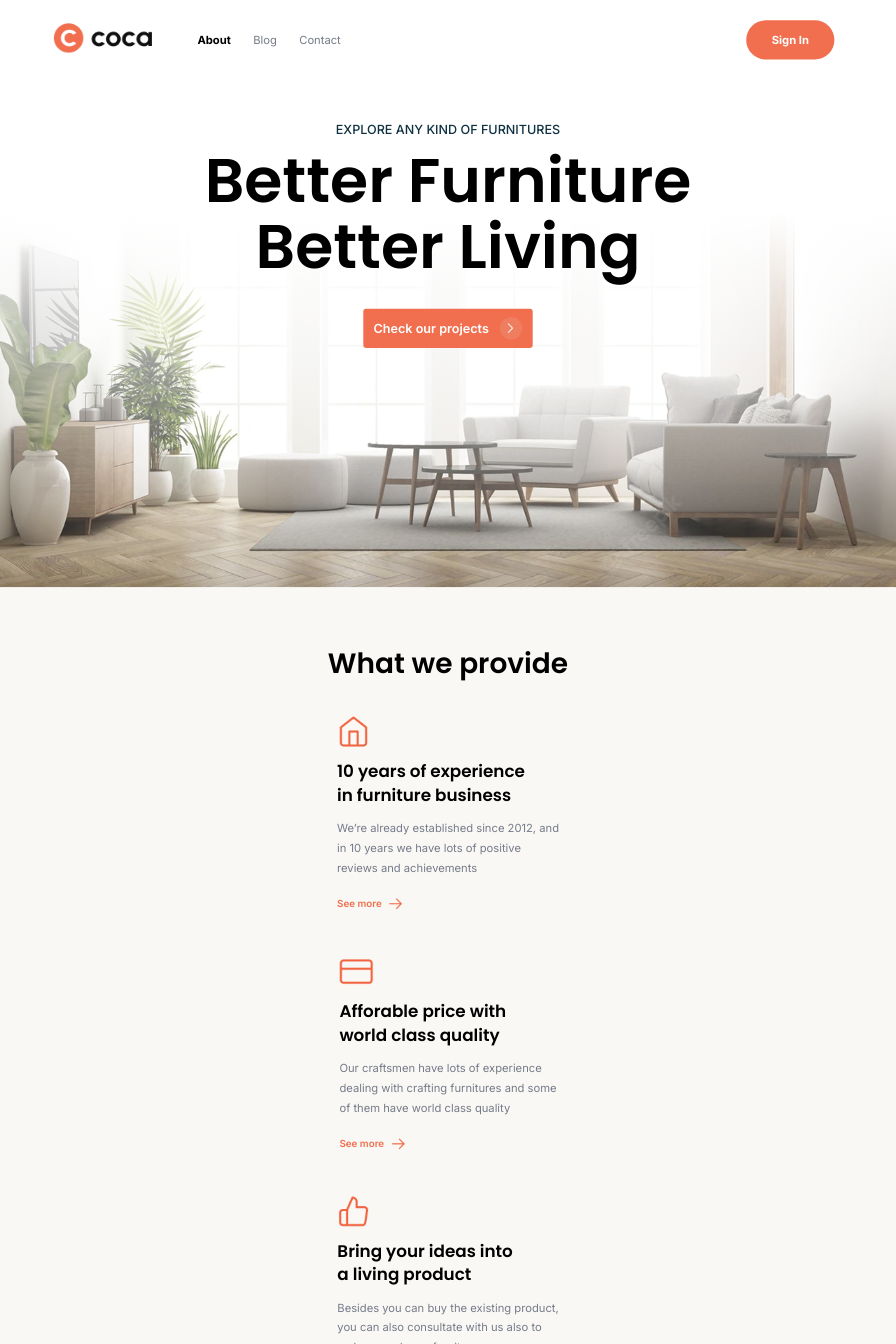
Repository: MatheusEich15/FrontEnd
Page: Prova 1 FrontEnd/Prova 1 FrontEnd/index.html
These files come from the project's save history. The page is drawn as it stood at one moment and after a run of saves; the edit follows.
The browser window is 1280 px wide. The pictures show the part of the page from y = 0 to 1920 px (the page is 5210 px tall before and 5287 px after), at 70% of full size.

Above is the page before, as saved 2026-03-13 11:03:37.

After the next 3 saves:
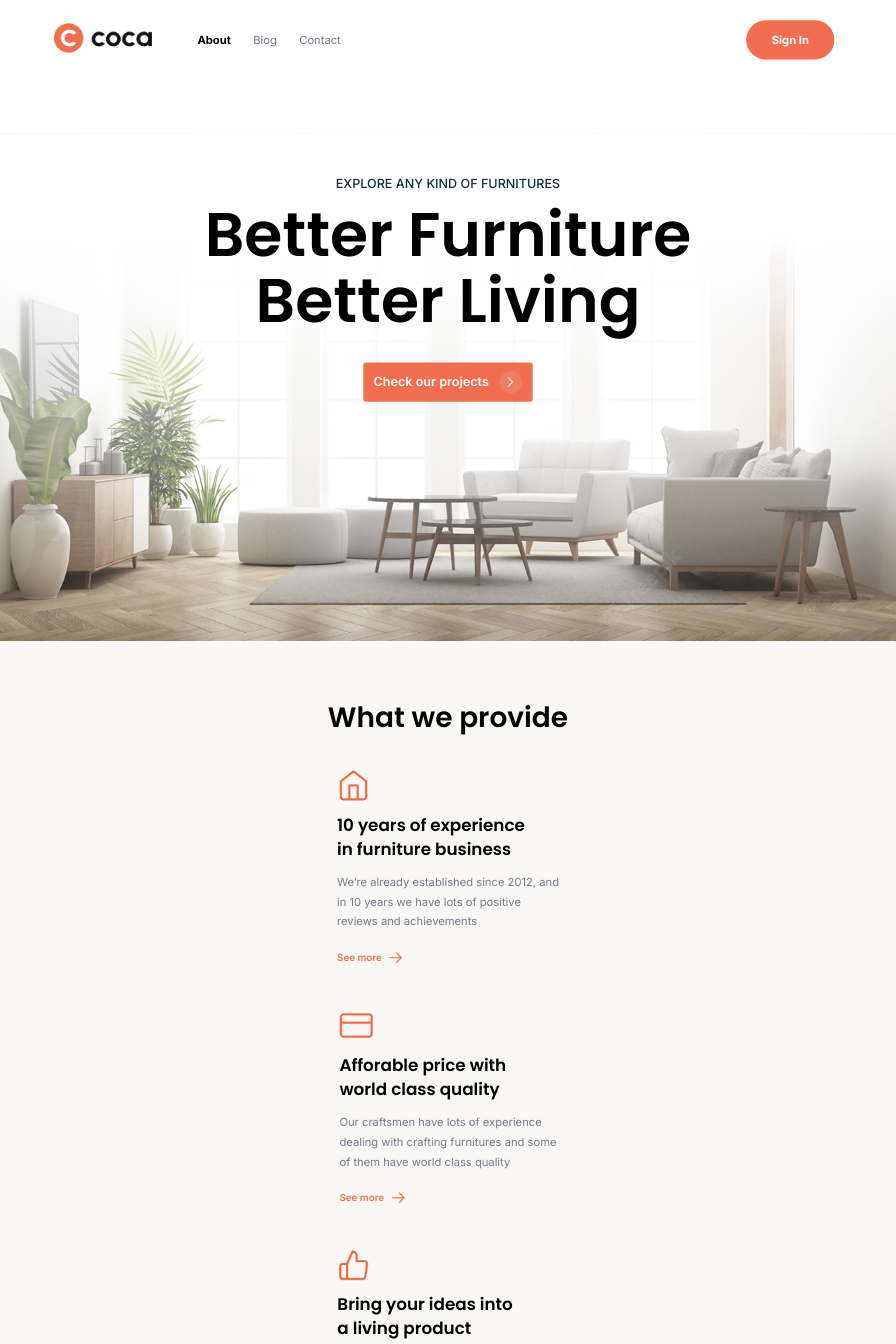
The 3 saves are shown as one change because they came seconds apart.
The last was saved 29 s later.
--- a/Prova 1 FrontEnd/Prova 1 FrontEnd/style.css
+++ b/Prova 1 FrontEnd/Prova 1 FrontEnd/style.css
@@ -668,11 +668,8 @@ footer {
     background-size: auto cover;
     }
 
-    #introduction-content {
+    #introduction-content h3 {
         margin-top: 3.5rem;
-    }
-
-    #introduction-content h3 {
         font-size: 1.125rem;
     }
 
